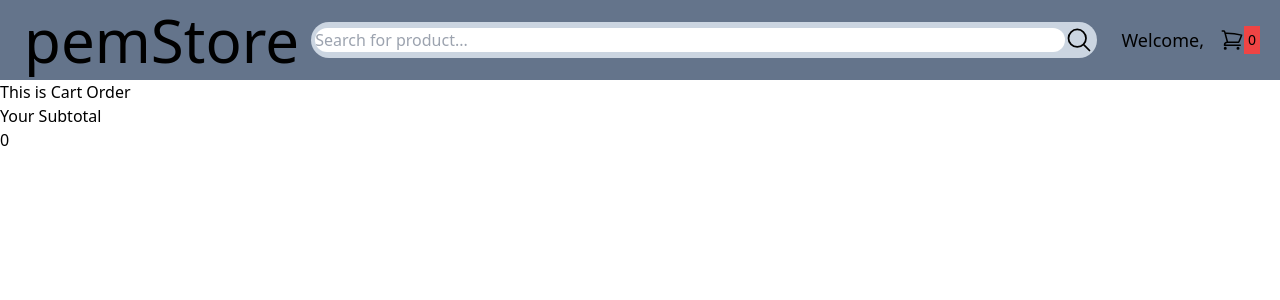
Repository: Semanmernstack/pemstore
Page: /checkout
The author's editor kept a copy of each file at every save. The page is drawn from the files as they stood at one save, then again after the next save.
The browser window is 1280 px wide. The pictures show the whole page.
The page's requests for data from a server got no answer. The project was rebuilt for these pictures with package versions that can differ from the ones it lists, and the page was loaded fresh each time. The framework's server and built-in components were replaced by stand-ins that run in the browser. No one was signed in, and anything a server would have sent is missing. Also part of the build but not shown: next.config.js.

Above is the page before, as saved 2022-11-04 08:18:46.

### pages/_app.js
import '../styles/globals.css'
import { SessionProvider } from "next-auth/react"
import { Provider } from 'react-redux'
import { store } from '../store'


function MyApp({ Component, pageProps: { session, ...pageProps }, }) {
  return (
    <SessionProvider session={session}>
      <Provider store={store}  >
        <Component {...pageProps} />
      </Provider>


    </SessionProvider>
  )
}

export default MyApp

### pages/checkout.js
import { useSession } from 'next-auth/react'
import React from 'react'
import Header from '../components/Header'

function Checkout() {
    const { data: session } = useSession()
  return (
    <div >
        <Header/>
        <div className="max-w-screen-2xl mx-auto">
            <h1>This is Cart Order</h1>
            <p>{session?.user.name}</p>
        </div>
        <div>
            <h1>Your Subtotal</h1>
            <span>0</span>
        </div>
    </div>
  )
}

export default Checkout

### store.js
import { configureStore } from '@reduxjs/toolkit';
import  basketReducer  from "./slices/basketSlice"
// ...

export const store = configureStore({
  reducer: {
    basket: basketReducer,


  },
})

### components/Header.js
import React from 'react'
import { useSession, signIn, signOut } from "next-auth/react"
import { useRouter } from 'next/router'
import { useSelector } from 'react-redux'
import { selectItems } from '../slices/basketSlice'

function Header() {
    const { data: session } = useSession()
    const router = useRouter()
    const items = useSelector(selectItems)

    return (
      <div className="flex items-center h-20 md:p-3 p-1 lg:p-6 bg-slate-500  sticky top-0 z-20">
          <div onClick={() => router.push("/")} className="mr-3  text-3xl md:text-5xl lg:text-6xl">
              <h1 className="cursor-pointer">pemStore</h1>
          </div>
          <div className="flex items-center flex-grow bg-slate-300 p-1 cursor-pointer rounded-full ">
              <input className="outline-none  rounded-full flex-grow   " type="text" placeholder="Search for product..." />
              <svg className="h-7 w-7"   xmlns="http://www.w3.org/2000/svg" fill="none" viewBox="0 0 24 24" strokeWidth={1.5} stroke="currentColor" >
                  <path strokeLinecap="round" strokeLinejoin="round" d="M21 21l-5.197-5.197m0 0A7.5 7.5 0 105.196 5.196a7.5 7.5 0 0010.607 10.607z" />
              </svg>
          </div>
          <div className="flex mx-3 lg:text-2xl">
          <div  onClick={!session ? signIn : signOut} className="flex items-center cursor-pointer text-sm md:text-lg mx-3">

              <p className="mr-1"> Welcome,</p>
              <p>{session?.user.name}</p>

          </div>
          <div onClick={() => router.push("/checkout")} className="relative flex items-center">
              <svg xmlns="http://www.w3.org/2000/svg" fill="none" viewBox="0 0 24 24" strokeWidth={1.5} stroke="currentColor" className="w-6 h-6">
                  <path strokeLinecap="round" strokeLinejoin="round" d="M2.25 3h1.386c.51 0 .955.343 1.087.835l.383 1.437M7.5 14.25a3 3 0 00-3 3h15.75m-12.75-3h11.218c1.121-2.3 2.1-4.684 2.924-7.138a60.114 60.114 0 00-16.536-1.84M7.5 14.25L5.106 5.272M6 20.25a.75.75 0 11-1.5 0 .75.75 0 011.5 0zm12.75 0a.75.75 0 11-1.5 0 .75.75 0 011.5 0z" />
              </svg>
              <p className="absolute left-6 top-0 text-sm bg-red-500 p-1  ">{items?.length}</p>
          </div>
          </div>

      </div>
    )
  }

  export default Header

### slices/basketSlice.js
import { createSlice } from '@reduxjs/toolkit';

const initialState = {
    items: [],
};




export const basketSlice = createSlice({
    name: "basket",
    initialState,
    // The `reducers` field lets us define reducers and generate associated actions
    reducers: {
        addtoBasket: (state, action) => {
            state.items = [...state.items, action.payload]
        },


    },

});

export const { addtoBasket } = basketSlice.actions;



export const selectItems = (state) => state.basket?.items;

export default basketSlice.reducer;

Loaded but not shown: styles/globals.css (common file); tailwind.config.js (common file)

After the next save:
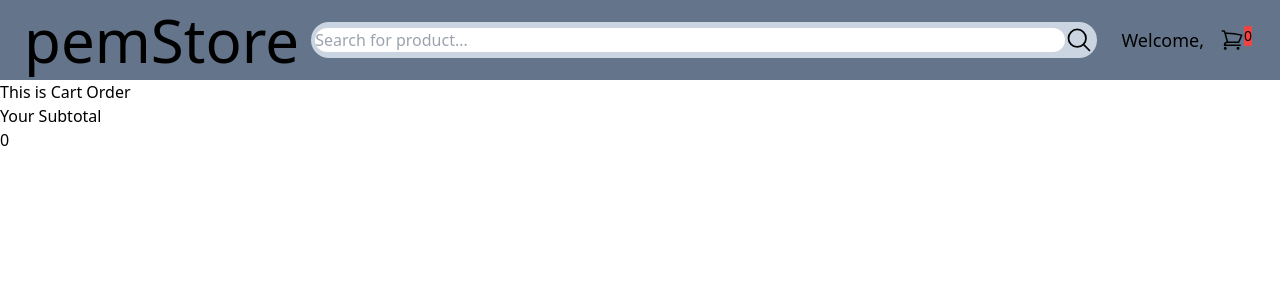
Saved 66 s later.
--- a/components/Header.js
+++ b/components/Header.js
@@ -31,7 +31,7 @@ function Header() {
               <svg xmlns="http://www.w3.org/2000/svg" fill="none" viewBox="0 0 24 24" strokeWidth={1.5} stroke="currentColor" className="w-6 h-6">
                   <path strokeLinecap="round" strokeLinejoin="round" d="M2.25 3h1.386c.51 0 .955.343 1.087.835l.383 1.437M7.5 14.25a3 3 0 00-3 3h15.75m-12.75-3h11.218c1.121-2.3 2.1-4.684 2.924-7.138a60.114 60.114 0 00-16.536-1.84M7.5 14.25L5.106 5.272M6 20.25a.75.75 0 11-1.5 0 .75.75 0 011.5 0zm12.75 0a.75.75 0 11-1.5 0 .75.75 0 011.5 0z" />
               </svg>
-              <p className="absolute left-6 top-0 text-sm bg-red-500 p-1  ">{items?.length}</p>
+              <p className="absolute left-6 top-0 text-sm bg-red-500 p-0  ">{items?.length}</p>
           </div>
           </div>
 
